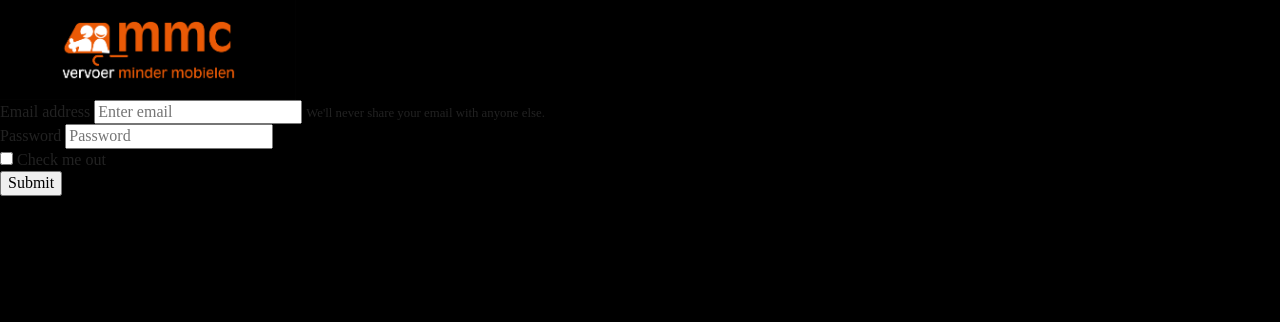
Repository: tclaes/vera
Page: index.html
An editor plug-in stored every save of this project. The page is shown before and after a run of saves, followed by the edit.
The browser window is 1280 px wide. The pictures show the whole page.

Above is the page before, as saved 2018-11-12 15:12:36.

### index.html
<!doctype html>
<html class="no-js" lang="">

<head>
  <meta charset="utf-8">
  <meta http-equiv="x-ua-compatible" content="ie=edge">
  <title></title>
  <meta name="description" content="">
  <meta name="viewport" content="width=device-width, initial-scale=1, shrink-to-fit=no">

  <link rel="manifest" href="site.webmanifest">
  <link rel="apple-touch-icon" href="icon.png">
  <!-- Place favicon.ico in the root directory -->

  <link rel="stylesheet" href="css/normalize.css">
  <link rel="stylesheet" href="css/main.css">
</head>

<body>
  <!--[if lte IE 9]>
    <p class="browserupgrade">You are using an <strong>outdated</strong> browser. Please <a href="https://browsehappy.com/">upgrade your browser</a> to improve your experience and security.</p>
  <![endif]-->

  <div class="container">
    <div class="row header">
      <div class="col-md-12">
        <img src="img/logo_MMC_neg_groot.28.jpg" alt="MMC Logo" height="100px">
      </div>
    </div>
    <div class="row d-flex justify-content-center">
      <div class="col-md-8">

        <form>
          <div class="form-group">
            <label for="exampleInputEmail1">Email address</label>
            <input type="email" class="form-control" id="exampleInputEmail1" aria-describedby="emailHelp" placeholder="Enter email">
            <small id="emailHelp" class="form-text text-muted">We'll never share your email with anyone else.</small>
          </div>
          <div class="form-group">
            <label for="exampleInputPassword1">Password</label>
            <input type="password" class="form-control" id="exampleInputPassword1" placeholder="Password">
          </div>
        <div class="form-group form-check">
          <input type="checkbox" class="form-check-input" id="exampleCheck1">
          <label class="form-check-label" for="exampleCheck1">Check me out</label>
        </div>
        <button type="submit" class="btn btn-primary">Submit</button>
      </form>
    </div>
    </div>
    <div class="row footer"></div>
  </div>




  <script src="js/vendor/modernizr-3.6.0.min.js"></script>
  <script src="https://code.jquery.com/jquery-3.3.1.min.js" integrity="sha256-FgpCb/KJQlLNfOu91ta32o/NMZxltwRo8QtmkMRdAu8=" crossorigin="anonymous"></script>
  <script>window.jQuery || document.write('<script src="js/vendor/jquery-3.3.1.min.js"><\/script>')</script>
  <script src="js/plugins.js"></script>
  <script src="js/main.js"></script>
</body>

</html>

### css/main.css
/*! HTML5 Boilerplate v6.1.0 | MIT License | https://html5boilerplate.com/ */

/*
 * What follows is the result of much research on cross-browser styling.
 * Credit left inline and big thanks to Nicolas Gallagher, Jonathan Neal,
 * Kroc Camen, and the H5BP dev community and team.
 */

/* ==========================================================================
   Base styles: opinionated defaults
   ========================================================================== */

html {
    color: #222;
    font-size: 1em;
    line-height: 1.4;
}

/*
 * Remove text-shadow in selection highlight:
 * https://twitter.com/miketaylr/status/12228805301
 *
 * Vendor-prefixed and regular ::selection selectors cannot be combined:
 * https://stackoverflow.com/a/16982510/7133471
 *
 * Customize the background color to match your design.
 */

::-moz-selection {
    background: #b3d4fc;
    text-shadow: none;
}

::selection {
    background: #b3d4fc;
    text-shadow: none;
}

/*
 * A better looking default horizontal rule
 */

hr {
    display: block;
    height: 1px;
    border: 0;
    border-top: 1px solid #ccc;
    margin: 1em 0;
    padding: 0;
}

/*
 * Remove the gap between audio, canvas, iframes,
 * images, videos and the bottom of their containers:
 * https://github.com/h5bp/html5-boilerplate/issues/440
 */

audio,
canvas,
iframe,
img,
svg,
video {
    vertical-align: middle;
}

/*
 * Remove default fieldset styles.
 */

fieldset {
    border: 0;
    margin: 0;
    padding: 0;
}

/*
 * Allow only vertical resizing of textareas.
 */

textarea {
    resize: vertical;
}

/* ==========================================================================
   Browser Upgrade Prompt
   ========================================================================== */

.browserupgrade {
    margin: 0.2em 0;
    background: #ccc;
    color: #000;
    padding: 0.2em 0;
}

/* ==========================================================================
   Author's custom styles
   ========================================================================== */

   body {
     background: black;
   }
















/* ==========================================================================
   Helper classes
   ========================================================================== */

/*
 * Hide visually and from screen readers
 */

.hidden {
    display: none !important;
}

/*
 * Hide only visually, but have it available for screen readers:
 * https://snook.ca/archives/html_and_css/hiding-content-for-accessibility
 *
 * 1. For long content, line feeds are not interpreted as spaces and small width
 *    causes content to wrap 1 word per line:
 *    https://medium.com/@jessebeach/beware-smushed-off-screen-accessible-text-5952a4c2cbfe
 */

.visuallyhidden {
    border: 0;
    clip: rect(0 0 0 0);
    height: 1px;
    margin: -1px;
    overflow: hidden;
    padding: 0;
    position: absolute;
    width: 1px;
    white-space: nowrap; /* 1 */
}

/*
 * Extends the .visuallyhidden class to allow the element
 * to be focusable when navigated to via the keyboard:
 * https://www.drupal.org/node/897638
 */

.visuallyhidden.focusable:active,
.visuallyhidden.focusable:focus {
    clip: auto;
    height: auto;
    margin: 0;
    overflow: visible;
    position: static;
    width: auto;
    white-space: inherit;
}

/*
 * Hide visually and from screen readers, but maintain layout
 */

.invisible {
    visibility: hidden;
}

/*
 * Clearfix: contain floats
 *
 * For modern browsers
 * 1. The space content is one way to avoid an Opera bug when the
 *    `contenteditable` attribute is included anywhere else in the document.
 *    Otherwise it causes space to appear at the top and bottom of elements
 *    that receive the `clearfix` class.
 * 2. The use of `table` rather than `block` is only necessary if using
 *    `:before` to contain the top-margins of child elements.
 */

.clearfix:before,
.clearfix:after {
    content: " "; /* 1 */
    display: table; /* 2 */
}

.clearfix:after {
    clear: both;
}

/* ==========================================================================
   EXAMPLE Media Queries for Responsive Design.
   These examples override the primary ('mobile first') styles.
   Modify as content requires.
   ========================================================================== */

@media only screen and (min-width: 35em) {
    /* Style adjustments for viewports that meet the condition */
}

@media print,
       (-webkit-min-device-pixel-ratio: 1.25),
       (min-resolution: 1.25dppx),
       (min-resolution: 120dpi) {
    /* Style adjustments for high resolution devices */
}

/* ==========================================================================
   Print styles.
   Inlined to avoid the additional HTTP request:
   https://www.phpied.com/delay-loading-your-print-css/
   ========================================================================== */

@media print {
    *,
    *:before,
    *:after {
        background: transparent !important;
        color: #000 !important; /* Black prints faster */
        -webkit-box-shadow: none !important;
        box-shadow: none !important;
        text-shadow: none !important;
    }

    a,
    a:visited {
        text-decoration: underline;
    }

    a[href]:after {
        content: " (" attr(href) ")";
    }

    abbr[title]:after {
        content: " (" attr(title) ")";
    }

    /*
     * Don't show links that are fragment identifiers,
     * or use the `javascript:` pseudo protocol
     */

    a[href^="#"]:after,
    a[href^="javascript:"]:after {
        content: "";
    }

    pre {
        white-space: pre-wrap !important;
    }
    pre,
    blockquote {
        border: 1px solid #999;
        page-break-inside: avoid;
    }

    /*
     * Printing Tables:
     * http://css-discuss.incutio.com/wiki/Printing_Tables
     */

    thead {
        display: table-header-group;
    }

    tr,
    img {
        page-break-inside: avoid;
    }

    p,
    h2,
    h3 {
        orphans: 3;
        widows: 3;
    }

    h2,
    h3 {
        page-break-after: avoid;
    }
}

### js/plugins.js
// Avoid `console` errors in browsers that lack a console.
(function() {
  var method;
  var noop = function () {};
  var methods = [
    'assert', 'clear', 'count', 'debug', 'dir', 'dirxml', 'error',
    'exception', 'group', 'groupCollapsed', 'groupEnd', 'info', 'log',
    'markTimeline', 'profile', 'profileEnd', 'table', 'time', 'timeEnd',
    'timeline', 'timelineEnd', 'timeStamp', 'trace', 'warn'
  ];
  var length = methods.length;
  var console = (window.console = window.console || {});

  while (length--) {
    method = methods[length];

    // Only stub undefined methods.
    if (!console[method]) {
      console[method] = noop;
    }
  }
}());

// Place any jQuery/helper plugins in here.

Loaded but not shown: css/normalize.css (library); js/vendor/modernizr-3.6.0.min.js (library); js/main.js (no stored copy; drawn as an empty file)

After the next 2 saves:
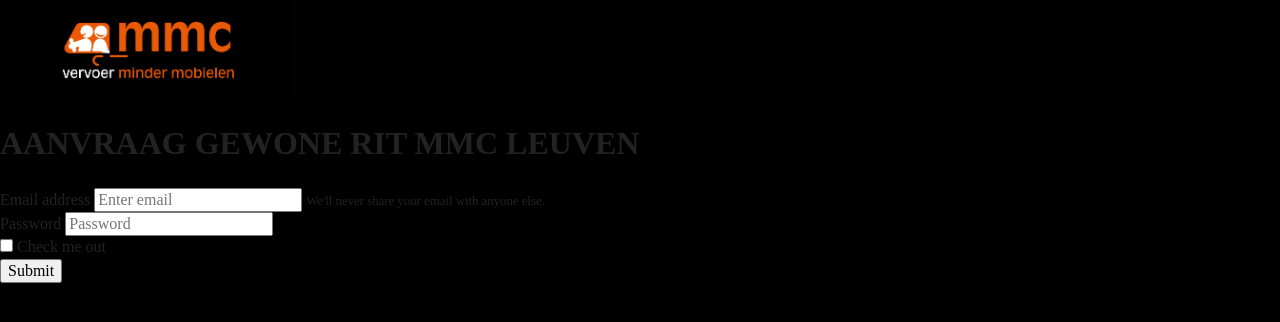
The 2 saves are shown as one change because they came seconds apart.
The last was saved 23 s later.
--- a/index.html
+++ b/index.html
@@ -29,7 +29,7 @@
     </div>
     <div class="row d-flex justify-content-center">
       <div class="col-md-8">
-
+        <h1>AANVRAAG GEWONE RIT MMC LEUVEN</h1>
         <form>
           <div class="form-group">
             <label for="exampleInputEmail1">Email address</label>
